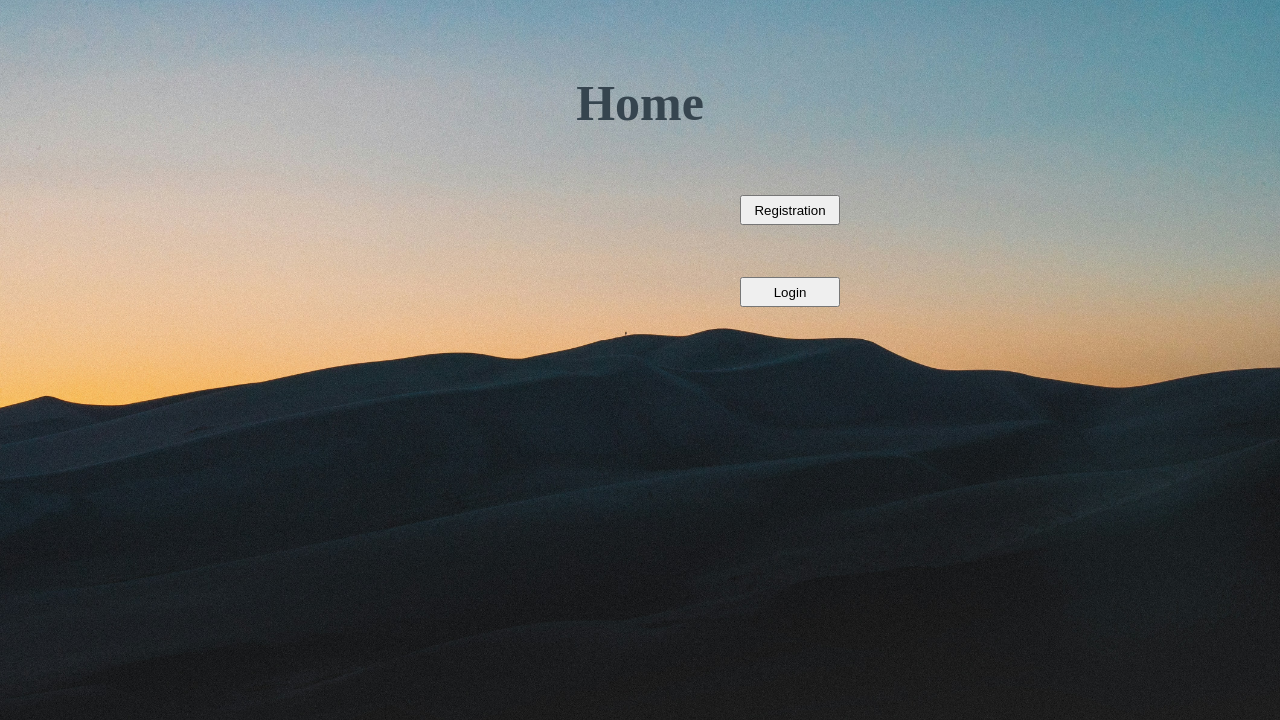
Repository: aboli-vyas/Servlet_Projects
Page: http://localhost/Sevlet_Project/
The author's editor kept a copy of each file at every save. The page is drawn from the files as they stood at one save, then again after the next save.
The browser window is 1280 px wide. The pictures show the whole page.
The page is served by Tomcat 9.

Above is the page before, as saved 2025-06-09 16:01:34.

After the next save:
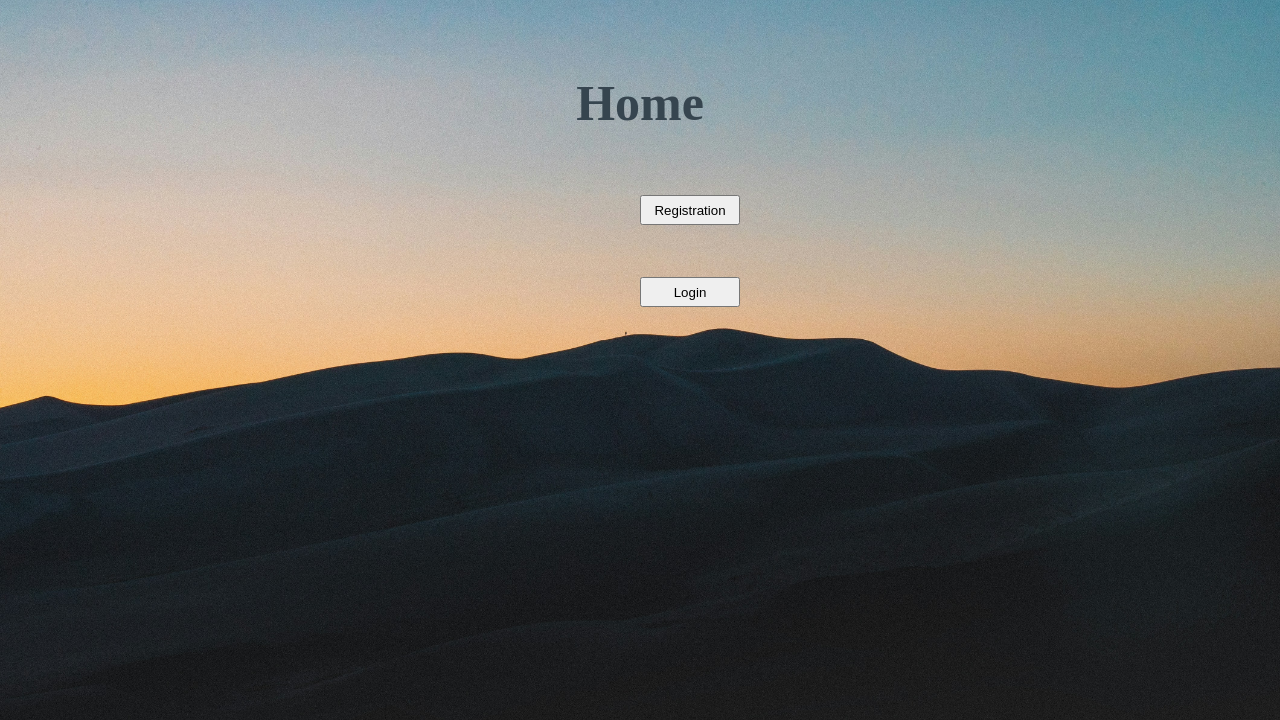
Saved 18 s later.
--- a/Sevlet_Project/src/main/webapp/style3.css
+++ b/Sevlet_Project/src/main/webapp/style3.css
@@ -19,5 +19,5 @@ button{
 	width:100px;
 	height: 30px;
 	margin-top: 30px;
-	margin-left: 700px;
+	margin-left: 600px;
 }
